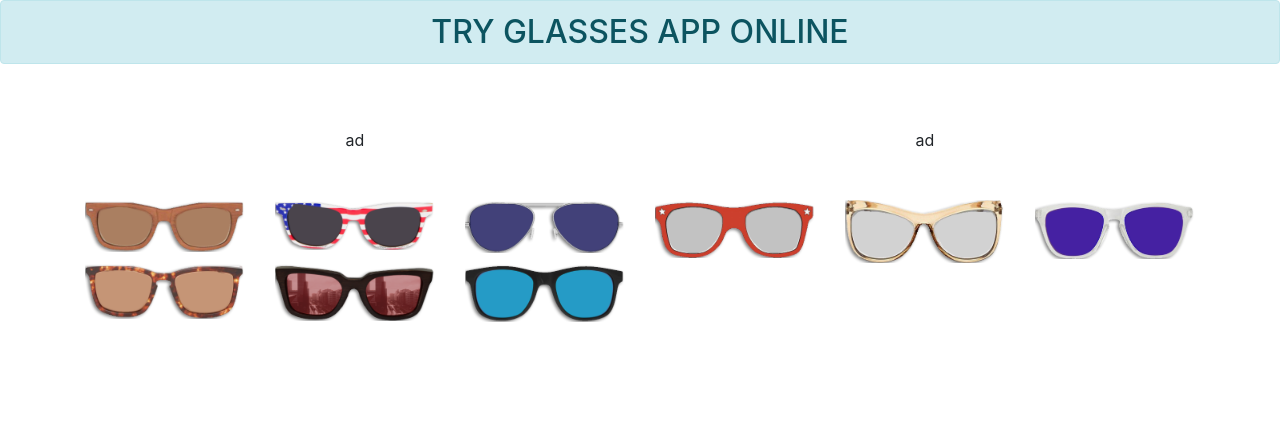
Repository: phongthanhh/ChoseGlass
Page: /
These files come from the project's save history. The page is drawn as it stood at one moment and after the next save; the edit follows.
The browser window is 1280 px wide. The pictures show the whole page.
The project was rebuilt for these pictures with package versions that can differ from the ones it lists, and the page was loaded fresh each time.

Above is the page before, as saved 2022-12-25 15:35:40.

After the next save:
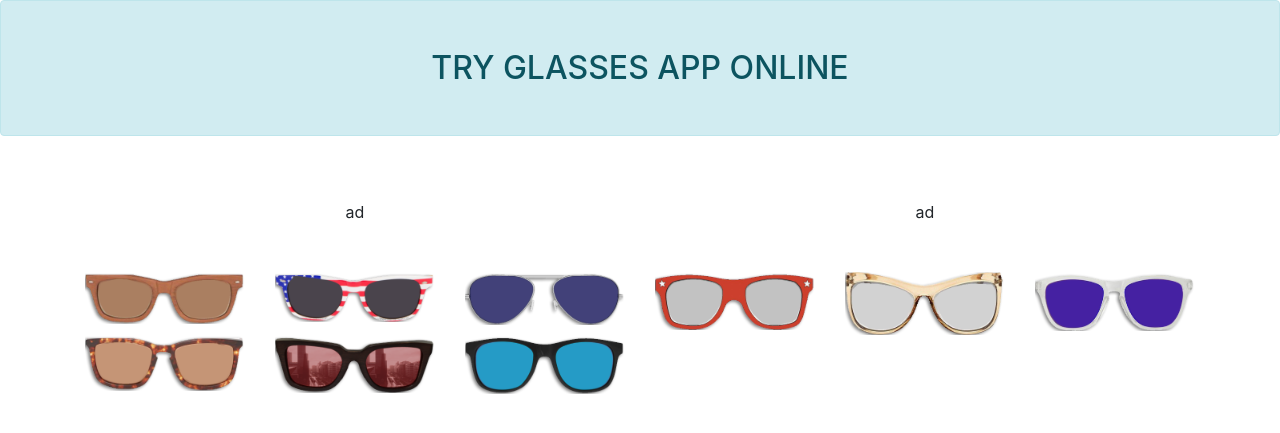
Saved 17 s later.
--- a/src/ChoseGlass/BTGlass.jsx
+++ b/src/ChoseGlass/BTGlass.jsx
@@ -83,7 +83,7 @@
         return (
             <div>
                 <section className='main'>
-                    <h2 className='alert alert-info'>TRY GLASSES APP ONLINE</h2>
+                    <h2 className='alert alert-info py-5'>TRY GLASSES APP ONLINE</h2>
                     <div className="item container">
                         <div className="row py-5">
                             <div className="col-6">
